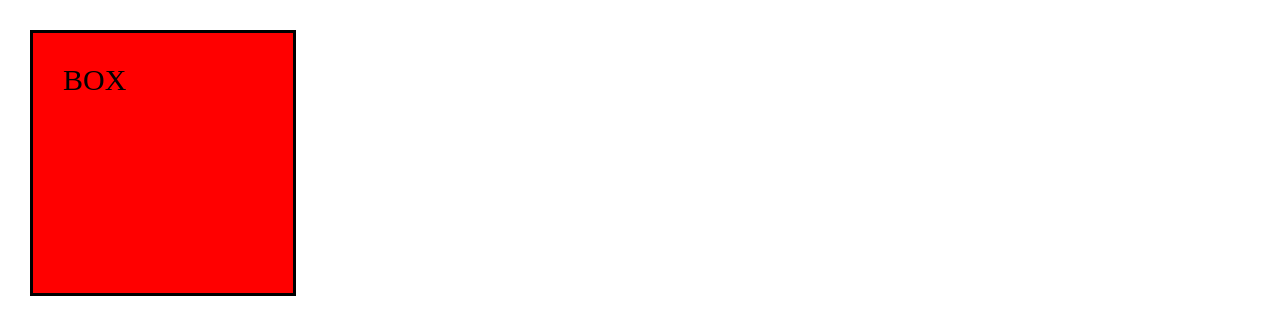
Repository: yamadan96/WEB-CAMP
Page: practice/index.html
These files come from the project's save history. The page is drawn as it stood at one moment and after a run of saves; the edit follows.
The browser window is 1280 px wide. The pictures show the whole page.

Above is the page before, as saved 2022-04-06 04:42:10.

After the next 3 saves:
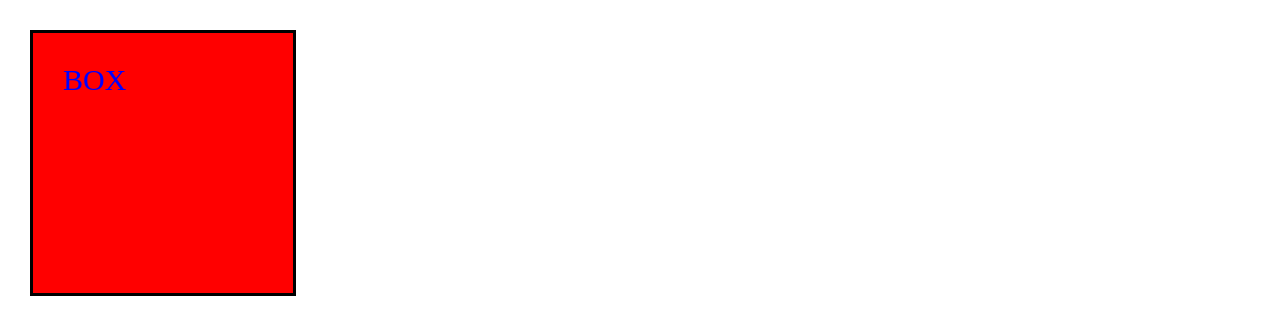
The 3 saves are shown as one change because they came seconds apart.
The last was saved 36 s later.
--- a/practice/css/style.css
+++ b/practice/css/style.css
@@ -14,4 +14,5 @@
 
   .box-txt {
       font-size: 30px;
+      color: blue
   }
